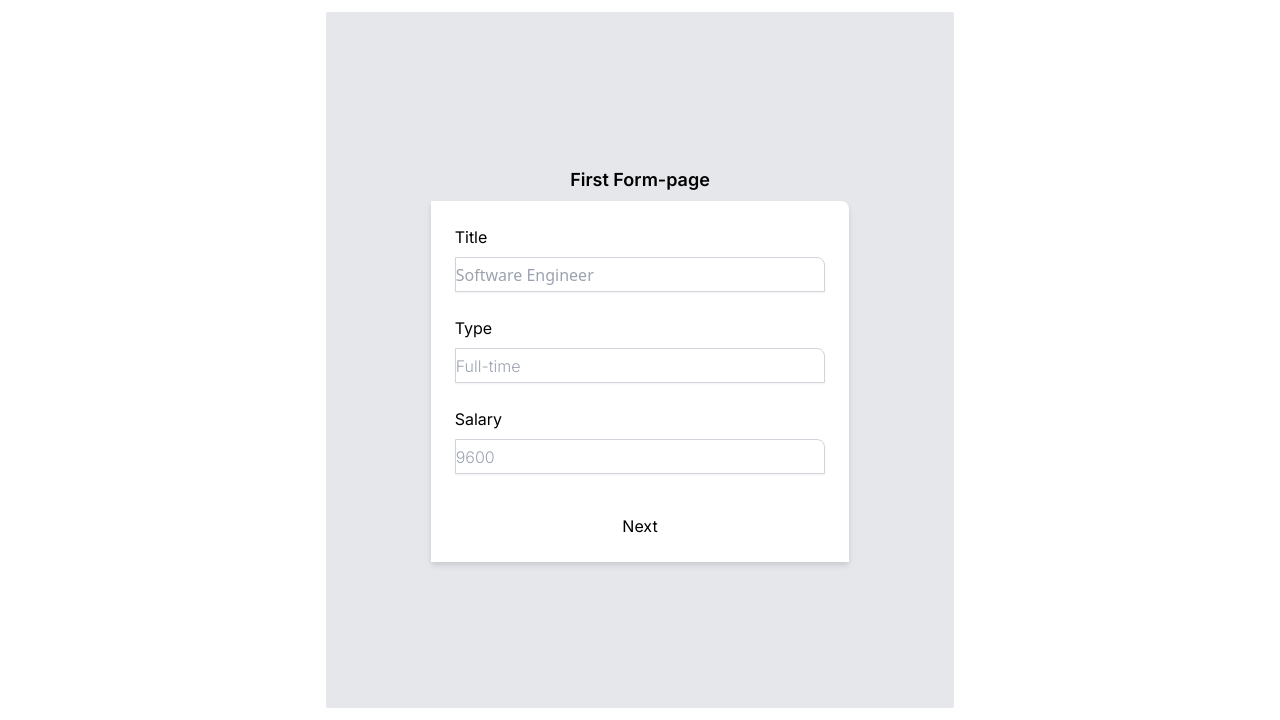
Repository: Abdibaye/Job-Sphere
Page: /form
These files come from the project's save history. The page is drawn as it stood at one moment and after the next save; the edit follows.
The browser window is 1280 px wide. The pictures show the whole page.
The project was rebuilt for these pictures with package versions that can differ from the ones it lists, and the page was loaded fresh each time. Also part of the build but not shown: vite.config.js, src/components/search.jsx, src/components/navbar.jsx, src/pages/descriptionpage.jsx, src/components/job.jsx, src/components/feed.jsx, src/components/saved.jsx, src/components/filter.jsx and 4 more.

Above is the page before, as saved 2025-02-23 01:25:35.

After the next save:
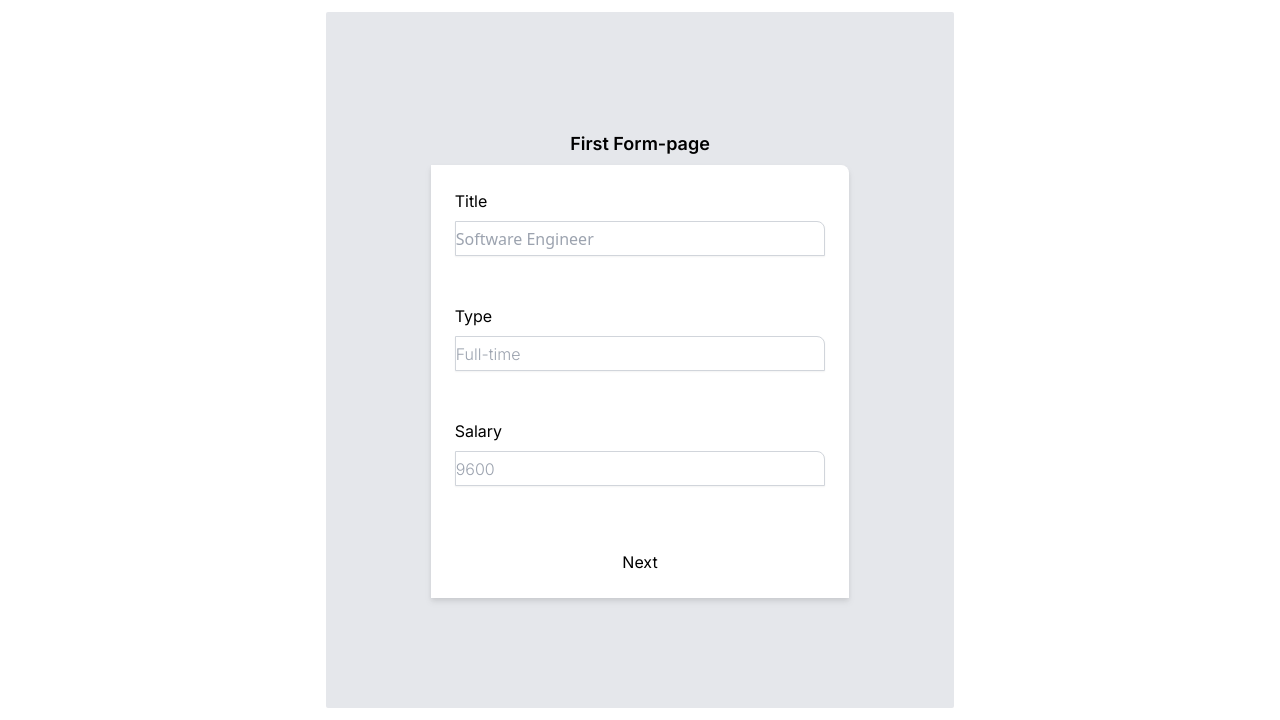
Saved 2 min 30 s later.
--- a/src/components/form.jsx
+++ b/src/components/form.jsx
@@ -31,9 +31,10 @@ function Form() {
             type="text"
             placeholder="Software Engineer"
           />
-          <br>
+           <br />
           {errors.title && <small>{errors.title}</small>}
-          </br>
+          <br />
+
           <label className="mb-2">Type</label>
           <input
             name="type"
@@ -44,9 +45,9 @@ function Form() {
             type="text"
             placeholder="Full-time"
           />
-          <br>
+          <br />
           {errors.type && <small>{errors.type}</small>}
-          </br>
+          <br />
           <label className="mb-2">Salary</label>
           <input
             name="salary"
@@ -57,9 +58,9 @@ function Form() {
             type="text"
             placeholder="9600"
           />
-          <br>
+           <br />
           {errors.salary && <small>{errors.salary}</small>}
-          </br>
+          <br />
           <button type="submit" className="mt-4">Next</button>
         </form>
       </div>
